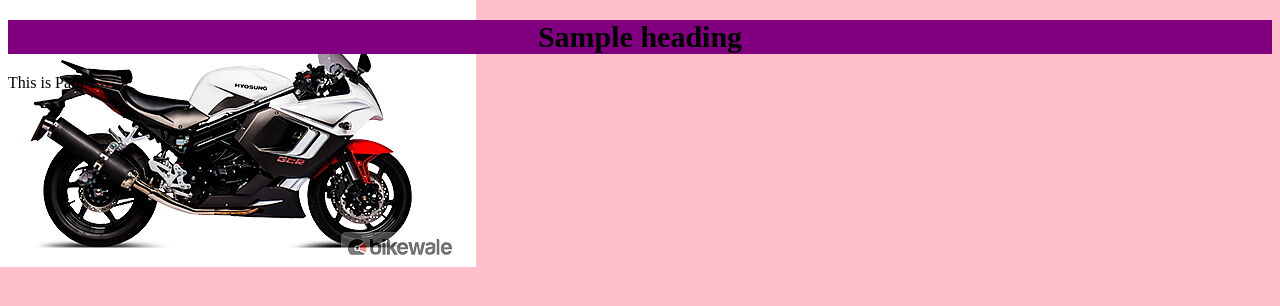
Repository: jbn-aman/wiprobatch1
Page: project/work/html/mywebapp/public/pages/cssdemo/backgrounddemo.html
The author's editor kept a copy of each file at every save. The page is drawn from the files as they stood at one save, then again after the next save.
The browser window is 1280 px wide. The pictures show the whole page.

Above is the page before, as saved 2024-04-01 13:06:55.

### project/work/html/mywebapp/public/pages/cssdemo/backgrounddemo.html
<!DOCTYPE html>
<html>
<head>
<meta charset="ISO-8859-1">
<title>Background demo</title>

<style>
body {
      background-color:pink;
      background-image: url("../../assets/Hyosung.jpg");
      background-repeat : no-repeat;
	}

h1 {
	background-color:purple; font-size:30px;text-align : center;
}
</style>

</head>
<body>

	<h1>Sample heading</h1>

	<p>This is Para 1</p>

</body>
</html>

After the next save:
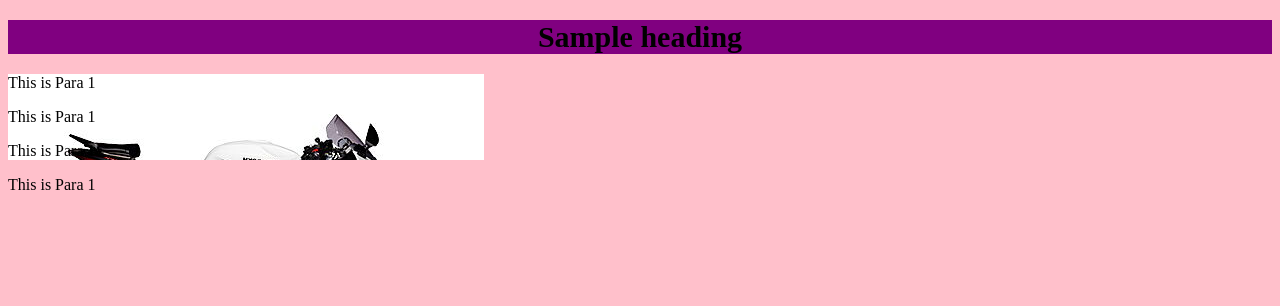
Saved 3 min 33 s later.
--- a/project/work/html/mywebapp/public/pages/cssdemo/backgrounddemo.html
+++ b/project/work/html/mywebapp/public/pages/cssdemo/backgrounddemo.html
@@ -7,7 +7,11 @@
 <style>
 body {
       background-color:pink;
-      background-image: url("../../assets/Hyosung.jpg");
+
+	}
+
+div {
+	  background-image: url("../../assets/Hyosung.jpg");
       background-repeat : no-repeat;
 	}
 
@@ -21,6 +25,13 @@ h1 {
 
 	<h1>Sample heading</h1>
 
+	<div>
+
+	<p>This is Para 1</p>
+	<p>This is Para 1</p>
+	<p>This is Para 1</p>
+	</div>
+
 	<p>This is Para 1</p>
 
 </body>
